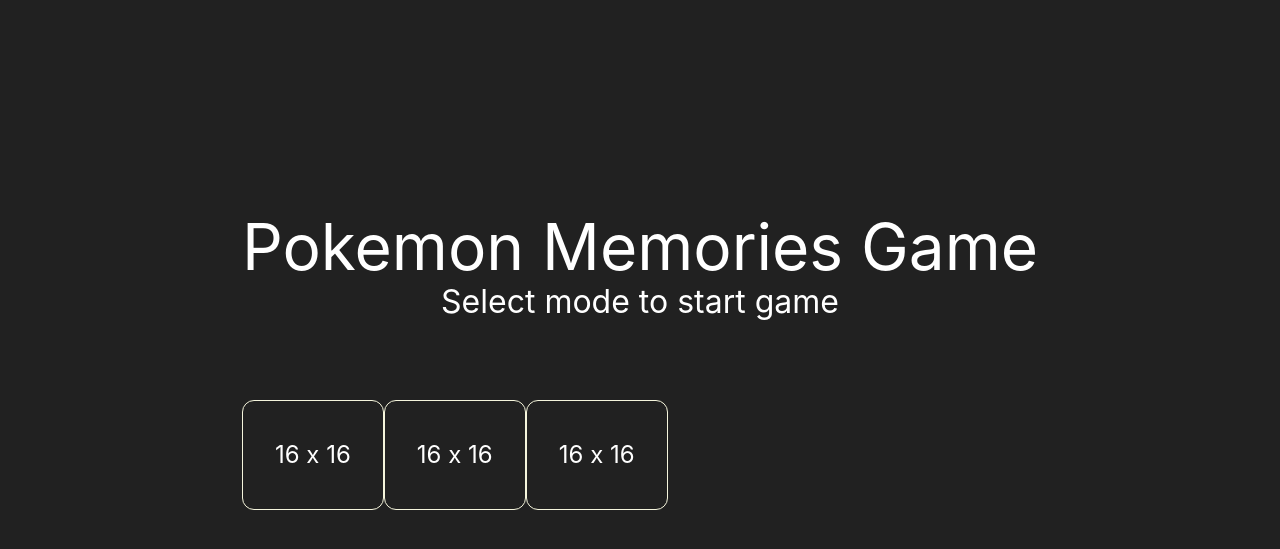
Repository: Kafierence/flip_card
Page: /
An editor plug-in stored every save of this project. The page is shown before and after the next save, followed by the edit.
The browser window is 1280 px wide. The pictures show the whole page.
The project was rebuilt for these pictures with package versions that can differ from the ones it lists, and the page was loaded fresh each time. Also part of the build but not shown: vite.config.js.

Above is the page before, as saved 2022-09-20 14:24:42.

After the next save:
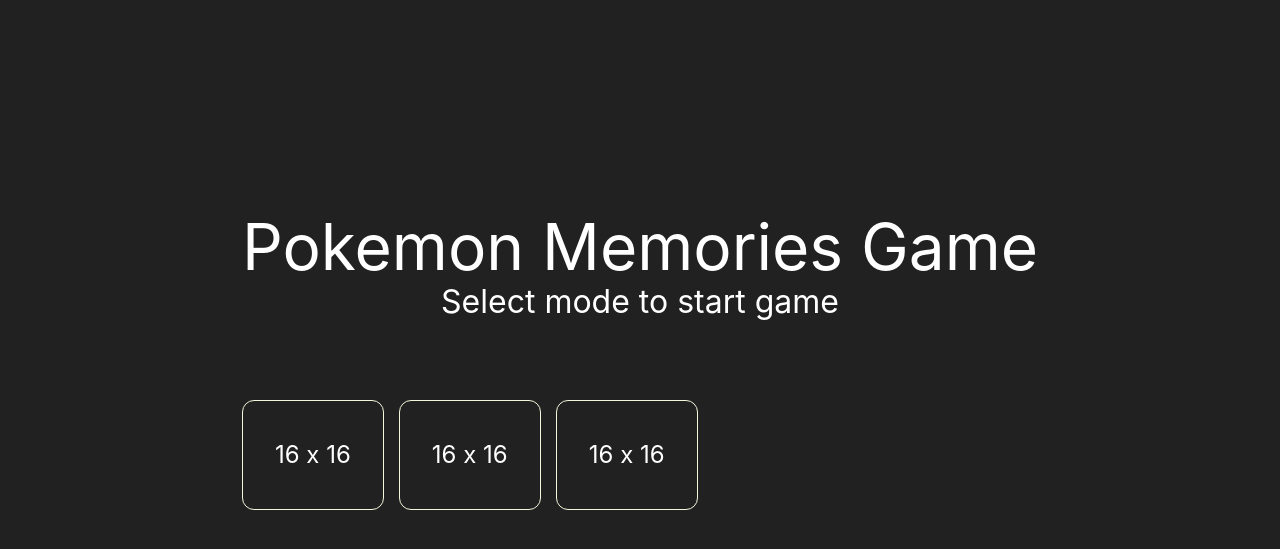
Saved 52 s later.
--- a/src/views/Welcome.vue
+++ b/src/views/Welcome.vue
@@ -38,6 +38,6 @@
     .container .mode_select{
         margin-top: 5rem;
         display: flex;
-        flex-basis: 1 1 1 1;
+        gap: 15px;
     }
 </style>
